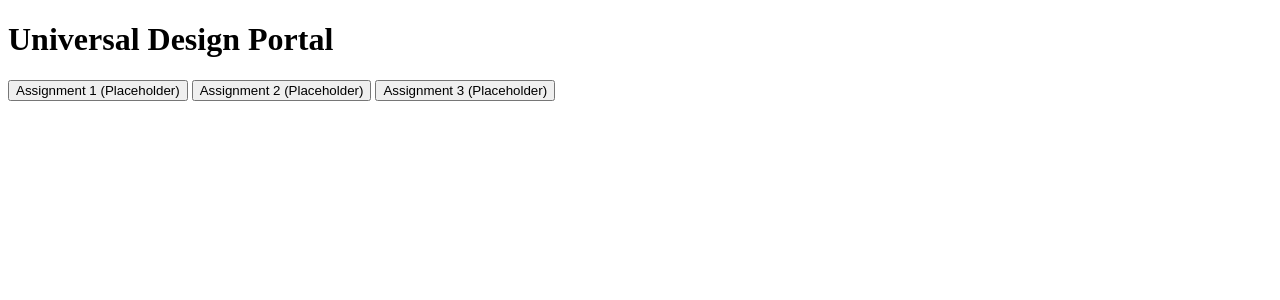
Repository: ethan-schrauf/UniversalDesignWebsite
Page: index.html
The author's editor kept a copy of each file at every save. The page is drawn from the files as they stood at one save, then again after the next save.
The browser window is 1280 px wide. The pictures show the whole page.

Above is the page before, as saved 2023-09-18 21:37:06.

After the next save:
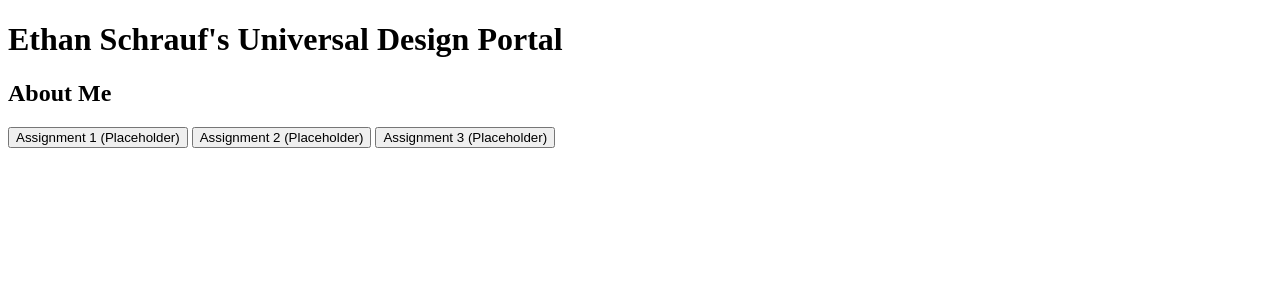
Saved 63 s later.
--- a/index.html
+++ b/index.html
@@ -6,7 +6,9 @@
         </title>
     </head>
 
-    <h1>Universal Design Portal</h1>
+    <h1>Ethan Schrauf's Universal Design Portal</h1>
+
+    <h2>About Me</h2>
 
     <button>Assignment 1 (Placeholder)</button>
     <button>Assignment 2 (Placeholder)</button>
